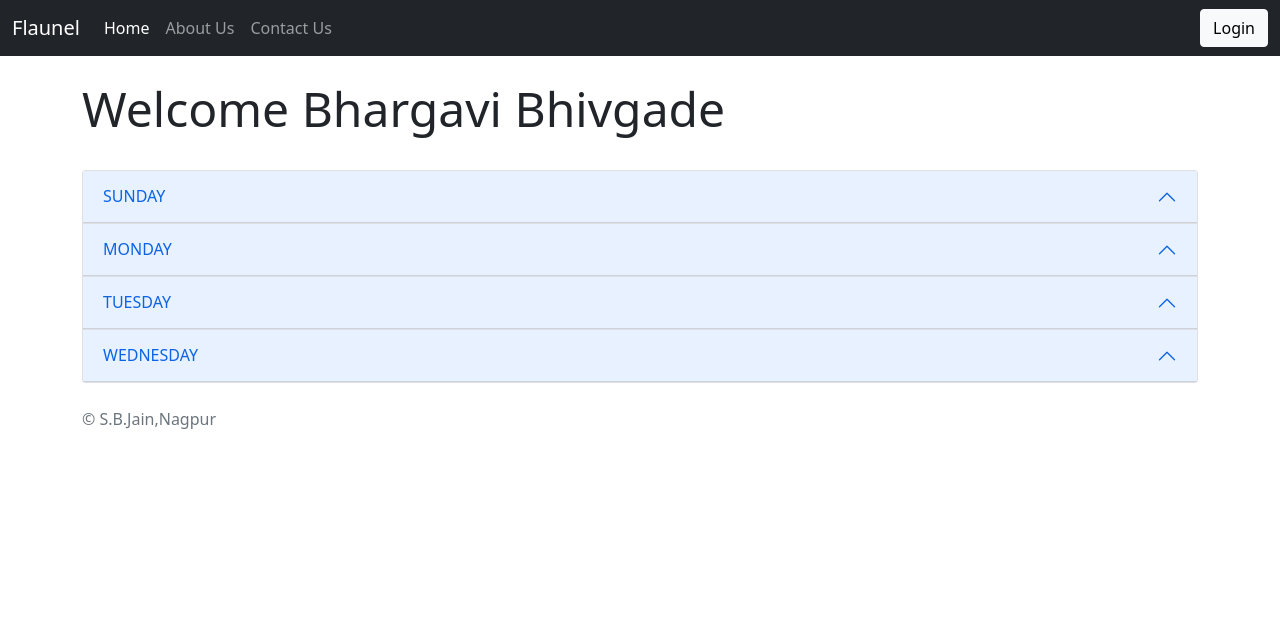
Repository: bhivgadePrajakta/Flaunel--A-LED-Display-Board
Page: http://localhost/home.php
The author's editor kept a copy of each file at every save. The page is drawn from the files as they stood at one save, then again after the next save.
The browser window is 1280 px wide. The pictures show the whole page.
The page is run by PHP 8.4 with error messages shown; the project is at /var/www/html/.

Above is the page before, as saved 2022-04-30 13:01:12.

### home.php
<!doctype html>
<html lang="en">
  <head>
    <!-- Required meta tags -->
    <meta charset="utf-8">
    <meta name="viewport" content="width=device-width, initial-scale=1">

    <!-- Bootstrap CSS -->
    <link href="https://cdn.jsdelivr.net/npm/bootstrap@5.0.2/dist/css/bootstrap.min.css" rel="stylesheet" integrity="sha384-EVSTQN3/azprG1Anm3QDgpJLIm9Nao0Yz1ztcQTwFspd3yD65VohhpuuCOmLASjC" crossorigin="anonymous">

    <title>FLAUNEL</title>
  </head>
  <body>
    <nav class="navbar navbar-expand-lg navbar-dark bg-dark">
        <div class="container-fluid">
          <a class="navbar-brand" href="#">Flaunel</a>
          <button class="navbar-toggler" type="button" data-bs-toggle="collapse" data-bs-target="#navbarSupportedContent" aria-controls="navbarSupportedContent" aria-expanded="false" aria-label="Toggle navigation">
            <span class="navbar-toggler-icon"></span>
          </button>
          <div class="collapse navbar-collapse" id="navbarSupportedContent">
            <ul class="navbar-nav me-auto mb-2 mb-lg-0">
              <li class="nav-item">
                <a class="nav-link active" aria-current="page" href="#">Home</a>
              </li>
              <li class="nav-item">
                <a class="nav-link" href="#">About Us</a>
              </li>
              <li class="nav-item ">
                <a class="nav-link" href="#" id="navbarDropdown" role="button">
                  Contact Us</a>

              </li>

            </ul>
            <form class="d-flex">

              <button class="btn btn-light" type="submit">Login</button>
            </form>
          </div>
        </div>
      </nav>
<div class="container py-4">
    <h5 class="display-5">Welcome Bhargavi Bhivgade</h5>
    <br>
    <!-- ACCORDIAN MAIN BODY START -->
    <div class="accordion" id="accordionExample">
    <!-- ACCORDIAN ITEM START -->
    <div class="accordion-item">
    <h2 class="accordion-header" id="headingOne">
      <button class="accordion-button" type="button" data-bs-toggle="collapse" data-bs-target="#collapseOne" aria-expanded="true" aria-controls="collapseOne">
        SUNDAY
      </button>
    </h2>
    <div id="collapseOne" class="accordion-collapse collapse" aria-labelledby="headingOne" data-bs-parent="#accordionExample">
      <div class="accordion-body">
        <form method="post" action="">
        <div class="mb-3">
  <label for="sunday" class="form-label">Quote for Sunday</label>
  <input type="text" class="form-control" id="sunday" placeholder="Enter Quote/Message/News for Sunday">
</div>
<div class="mb-3">
  <input type="submit" class="btn btn-dark" value="Update">
</div>
        </form>
      </div>
    </div>
  </div>
    <!-- ACCORDIAN ITEM END -->
        <!-- ACCORDIAN ITEM START -->
        <div class="accordion-item">
    <h2 class="accordion-header" id="heading2">
      <button class="accordion-button" type="button" data-bs-toggle="collapse" data-bs-target="#collapse2" aria-expanded="true" aria-controls="collapse2">
        MONDAY
      </button>
    </h2>
    <div id="collapse2" class="accordion-collapse collapse" aria-labelledby="heading2" data-bs-parent="#accordionExample">
      <div class="accordion-body">
        <form method="post" action="">
        <div class="mb-3">
  <label for="Monday" class="form-label">Quote for Monday</label>
  <input type="text" class="form-control" id="Monday" placeholder="Enter Quote/Message/News for Monday">
</div>
<div class="mb-3">
  <input type="submit" class="btn btn-dark" value="Update">
</div>
        </form>
      </div>
    </div>
  </div>
    <!-- ACCORDIAN ITEM END -->
    <!-- ACCORDIAN ITEM START -->
    <div class="accordion-item">
    <h2 class="accordion-header" id="heading3">
      <button class="accordion-button" type="button" data-bs-toggle="collapse" data-bs-target="#collapse3" aria-expanded="true" aria-controls="collapse3">
        TUESDAY
      </button>
    </h2>
    <div id="collapse3" class="accordion-collapse collapse" aria-labelledby="heading3" data-bs-parent="#accordionExample">
      <div class="accordion-body">
        <form method="post" action="">
        <div class="mb-3">
  <label for="Tuesday" class="form-label">Quote for Tuesday</label>
  <input type="text" class="form-control" id="Tuesday" placeholder="Enter Quote/Message/News for Tuesday">
</div>
<div class="mb-3">
  <input type="submit" class="btn btn-dark" value="Update">
</div>
        </form>
      </div>
    </div>
  </div>
    <!-- ACCORDIAN ITEM END -->
    <!-- ACCORDIAN ITEM START -->
    <div class="accordion-item">
    <h2 class="accordion-header" id="heading4">
      <button class="accordion-button" type="button" data-bs-toggle="collapse" data-bs-target="#collapse4" aria-expanded="true" aria-controls="collapse4">
        WEDNESDAY
      </button>
    </h2>
    <div id="collapse4" class="accordion-collapse collapse" aria-labelledby="heading4" data-bs-parent="#accordionExample">
      <div class="accordion-body">
        <form method="post" action="">
        <div class="mb-3">
  <label for="Wednesday" class="form-label">Quote for Wednesday</label>
  <input type="text" class="form-control" id="sunday" placeholder="Enter Quote/Message/News for Wednesday">
</div>
<div class="mb-3">
  <input type="submit" class="btn btn-dark" value="Update">
</div>
        </form>
      </div>
    </div>
  </div>
    <!-- ACCORDIAN ITEM END -->
</div>
<!-- ACCORDIAN MAIN BODY END -->
</div>

<div class="container">
    <span class="text-muted">&copy; S.B.Jain,Nagpur</span>
  </div>
    <!-- Optional JavaScript; choose one of the two! -->

    <!-- Option 1: Bootstrap Bundle with Popper -->
    <script src="https://cdn.jsdelivr.net/npm/bootstrap@5.0.2/dist/js/bootstrap.bundle.min.js" integrity="sha384-MrcW6ZMFYlzcLA8Nl+NtUVF0sA7MsXsP1UyJoMp4YLEuNSfAP+JcXn/tWtIaxVXM" crossorigin="anonymous"></script>

    <!-- Option 2: Separate Popper and Bootstrap JS -->
    <!--
    <script src="https://cdn.jsdelivr.net/npm/@popperjs/core@2.9.2/dist/umd/popper.min.js" integrity="sha384-IQsoLXl5PILFhosVNubq5LC7Qb9DXgDA9i+tQ8Zj3iwWAwPtgFTxbJ8NT4GN1R8p" crossorigin="anonymous"></script>
    <script src="https://cdn.jsdelivr.net/npm/bootstrap@5.0.2/dist/js/bootstrap.min.js" integrity="sha384-cVKIPhGWiC2Al4u+LWgxfKTRIcfu0JTxR+EQDz/bgldoEyl4H0zUF0QKbrJ0EcQF" crossorigin="anonymous"></script>
    -->
  </body>
</html>

After the next save:
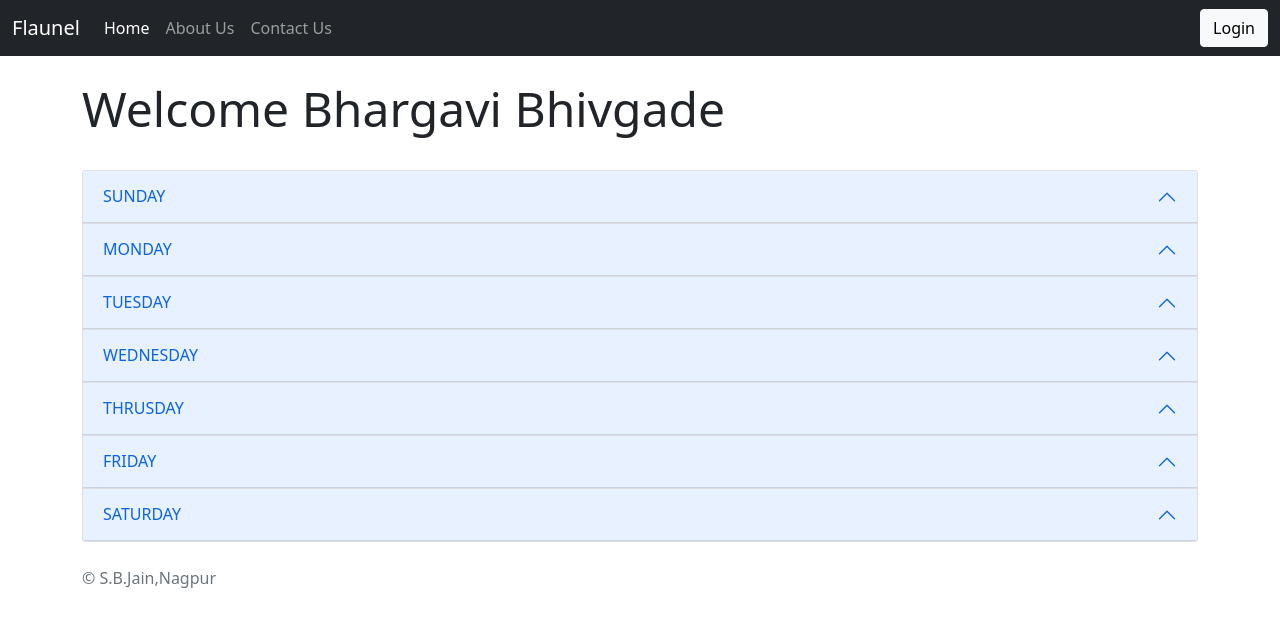
Saved 6 min 7 s later.
--- a/home.php
+++ b/home.php
@@ -132,6 +132,73 @@
     </div>
   </div>
     <!-- ACCORDIAN ITEM END -->
+    <!-- ACCORDIAN ITEM START -->
+    <div class="accordion-item">
+    <h2 class="accordion-header" id="heading5">
+      <button class="accordion-button" type="button" data-bs-toggle="collapse" data-bs-target="#collapse5" aria-expanded="true" aria-controls="collapse5">
+        THRUSDAY
+      </button>
+    </h2>
+    <div id="collapse5" class="accordion-collapse collapse" aria-labelledby="heading5" data-bs-parent="#accordionExample">
+      <div class="accordion-body">
+        <form method="post" action="">
+        <div class="mb-3">
+  <label for="Thrusday" class="form-label">Quote for Thrusday</label>
+  <input type="text" class="form-control" id="Thrusday" placeholder="Enter Quote/Message/News for Thrusday">
+</div>
+<div class="mb-3">
+  <input type="submit" class="btn btn-dark" value="Update">
+</div>
+        </form>
+      </div>
+    </div>
+  </div>
+    <!-- ACCORDIAN ITEM END -->
+    <!-- ACCORDIAN ITEM START -->
+    <div class="accordion-item">
+    <h2 class="accordion-header" id="heading6">
+      <button class="accordion-button" type="button" data-bs-toggle="collapse" data-bs-target="#collapse6" aria-expanded="true" aria-controls="collapse6">
+        FRIDAY
+      </button>
+    </h2>
+    <div id="collapse6" class="accordion-collapse collapse" aria-labelledby="heading6" data-bs-parent="#accordionExample">
+      <div class="accordion-body">
+        <form method="post" action="">
+        <div class="mb-3">
+  <label for="Friday" class="form-label">Quote for Friday</label>
+  <input type="text" class="form-control" id="Friday" placeholder="Enter Quote/Message/News for Friday">
+</div>
+<div class="mb-3">
+  <input type="submit" class="btn btn-dark" value="Update">
+</div>
+        </form>
+      </div>
+    </div>
+  </div>
+   <!-- ACCORDIAN ITEM END -->
+  <!-- ACCORDIAN ITEM START -->
+  <div class="accordion-item">
+    <h2 class="accordion-header" id="heading7">
+      <button class="accordion-button" type="button" data-bs-toggle="collapse" data-bs-target="#collapse7" aria-expanded="true" aria-controls="collapse7">
+        SATURDAY
+      </button>
+    </h2>
+    <div id="collapse7" class="accordion-collapse collapse" aria-labelledby="heading7" data-bs-parent="#accordionExample">
+      <div class="accordion-body">
+        <form method="post" action="">
+        <div class="mb-3">
+  <label for="Saturday" class="form-label">Quote for Saturday</label>
+  <input type="text" class="form-control" id="Saturday" placeholder="Enter Quote/Message/News for Saturday">
+</div>
+<div class="mb-3">
+  <input type="submit" class="btn btn-dark" value="Update">
+</div>
+        </form>
+      </div>
+    </div>
+  </div>
+
+    <!-- ACCORDIAN ITEM END -->
 </div>
 <!-- ACCORDIAN MAIN BODY END -->
 </div>
